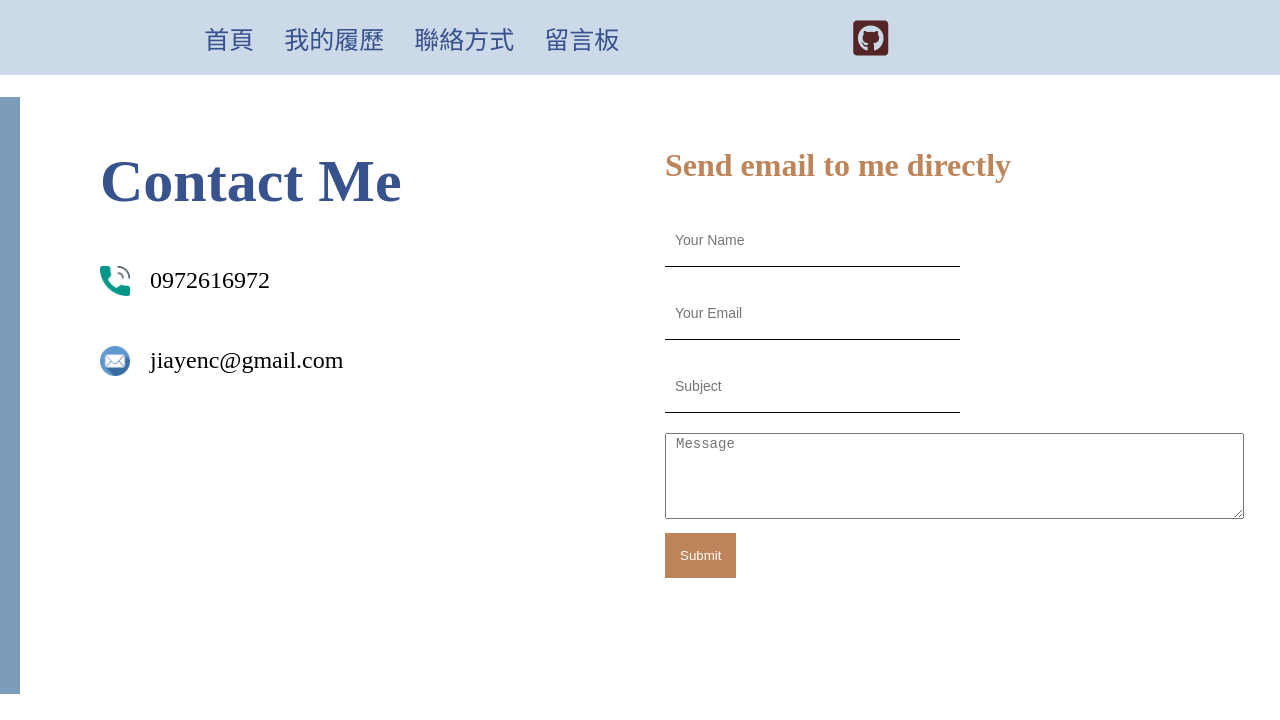
Repository: lcjyc/portfolio-website
Page: /contact
The author's editor kept a copy of each file at every save. The page is drawn from the files as they stood at one save, then again after the next save.
The browser window is 1280 px wide. The pictures show the whole page.
The project was rebuilt for these pictures with package versions that can differ from the ones it lists, and the page was loaded fresh each time. Also part of the build but not shown: src/pages/home/home.css, src/pages/home/Home.jsx, src/pages/resume/resume.css, src/pages/resume/Resume.jsx.

Above is the page before, as saved 2022-08-20 09:46:20.

### public/index.html
<!DOCTYPE html>
<html lang="zh-tw">
  <head>
    <meta charset="utf-8" />
    <meta name="viewport" content="width=device-width, initial-scale=1" />
    <meta name="theme-color" content="#000000" />
    <meta
      name="description"
      content="Web site created using create-react-app"
    />
    <link
      href="https://fonts.googleapis.com/css2?family=Josefin+Sans:wght@100;200;300;400;500;600;700&family=Lora:ital@0;1&family=Varela&family=Varela+Round&display=swap"
      rel="stylesheet"
    />
    <link
      rel="stylesheet"
      href="https://cdnjs.cloudflare.com/ajax/libs/font-awesome/5.15.3/css/all.min.css"
      integrity="sha512-iBBXm8fW90+nuLcSKlbmrPcLa0OT92xO1BIsZ+ywDWZCvqsWgccV3gFoRBv0z+8dLJgyAHIhR35VZc2oM/gI1w=="
      crossorigin="anonymous"
    />
    <style>
      * {
        margin: 0;
      }
    </style>
    <style>
      .link {
        text-decoration: none;
        color: inherit;
      }
    </style>
    <title>Lesley Chen|Portfolio</title>
  </head>

  <body>
    <noscript>You need to enable JavaScript to run this app.</noscript>
    <div id="root"></div>
  </body>
</html>

### src/App.js
import TopBar from "./components/topbar/TopBar";
import Home from "./pages/home/Home";
import Resume from "./pages/resume/Resume";
import Contact from "./pages/contact/Contact";
import { BrowserRouter as Router, Routes, Route } from "react-router-dom";

function App() {
  return (
    <Router>
      <TopBar />
      <Routes>
        <Route path="/" element={<Home />} />
        <Route path="/resume" element={<Resume />} />
        <Route path="/contact" element={<Contact />} />
      </Routes>
    </Router>
  );
}

export default App;

### src/components/topbar/TopBar.jsx
import { Link } from "react-router-dom";
import "./topbar.css";

export default function TopBar() {
  return (
    <div className="top">
      <div className="topLeft">
        <ul className="topList">
          <li className="topListItem">
            <Link className="link" to="/">
              首頁
            </Link>
          </li>
          <li className="topListItem">
            <Link className="link" to="/resume">
              我的履歷
            </Link>
          </li>
          <li className="topListItem">
            <Link className="link" to="/contact">
              聯絡方式
            </Link>
          </li>
          <li className="topListItem">
            <Link className="link" to="/bulletin">
              留言板
            </Link>
          </li>
        </ul>
      </div>
      <div className="topRight">
        <a href="https://github.com/lcjyc/">
          <i className="topIcon fab fa-github-square"></i>
        </a>
      </div>
    </div>
  );
}

### src/pages/contact/Contact.jsx
import React from "react";
import "./contact.css";
import Phone from "../../icons/phone.png";
import Email from "../../icons/email.png";
import { useRef, useState } from "react";
import emailjs from "emailjs-com";

export default function Contact() {
  const formRef = useRef();
  const [done, setDone] = useState(false);

  const handleSubmit = (e) => {
    e.preventDefault();
    emailjs
      .sendForm(
        "service_3fgmh4k",
        "template_bboi2n1",
        formRef.current,
        "user_NqkqJF8Ards9i3Mf0WfYQ"
      )
      .then(
        (result) => {
          console.log(result.text);
          setDone(true);
        },
        (error) => {
          console.log(error.text);
        }
      );
  };

  return (
    <div className="c">
      <div className="c-bg"></div>
      <div className="c-wrapper">
        <div className="c-left">
          <h1 className="c-title">Contact Me</h1>
          <div className="c-info">
            <div className="c-info-item">
              <img src={Phone} alt="" className="c-icon" />
              0972616972
            </div>
            <div className="c-info-item">
              <img className="c-icon" src={Email} alt="" />
              jiayenc@gmail.com
            </div>
          </div>
        </div>
        <div className="c-right">
          <p className="c-desc">
            <b>Send email to me directly</b>
          </p>
          <form ref={formRef} onSubmit={handleSubmit}>
            <input type="text" placeholder="Your Name" name="user_name" />
            <input type="text" placeholder="Your Email" name="user_email" />
            <input type="text" placeholder="Subject" name="user_subject" />
            <textarea rows="5" placeholder="Message" name="message" />
            <button>Submit</button>
            {done && alert("Your Email has been sent to Lesley.")}
          </form>
        </div>
      </div>
    </div>
  );
}

### src/components/topbar/topbar.css
.top {
  width: 100%;
  height: 6vh;
  background-color: rgb(154, 179, 210, 0.5);
  position: sticky;
  top: 0;
  padding: 1rem 0rem;
  display: flex;
  align-items: center;
  z-index: 999;
}

.topLeft {
  flex: 6;
  display: flex;
  align-items: center;
  justify-content: center;
}

.topRight {
  flex: 3;
  display: flex;
}

.topIcon {
  font-size: 40px;
  margin-right: 10px;
  color: rgb(83, 37, 37);
  cursor: pointer;
}

.topImg {
  width: 40px;
  height: 40px;
  border-radius: 50%;
  object-fit: cover;
  cursor: pointer;
}

.topList {
  display: flex;
  justify-content: center;
  margin: 0;
  padding: 0;
  list-style: none;
}

.topListItem {
  margin-right: 30px;
  font-size: 25px;
  color: rgb(55, 82, 141);
  cursor: pointer;
}

.topListItem :hover {
  color: white;
}

### src/pages/contact/contact.css
.c {
  height: 80vh;
  position: relative;
  padding-top: 3vh;
}

.c-bg {
  width: 20px;
  height: 100%;
  background-color: rgb(67, 116, 156, 0.7);
  position: absolute;
}

.c-wrapper {
  padding: 50px;
  display: flex;
}

.c-left {
  flex: 1;
  padding-left: 50px;
}

.c-right {
  flex: 1;
  display: flex;
  flex-direction: column;
}

.c-title {
  font-size: 60px;
  width: 80%;
  color: rgb(55, 82, 141);
}

.c-info-item {
  display: flex;
  align-items: center;
  margin: 50px 0px;
  font-weight: 300;
  width: 70%;
  font-size: 1.5rem;
}

.c-icon {
  width: 30px;
  height: 30px;
  margin-right: 20px;
}

.c-desc {
  font-weight: 200;
  font-size: 2rem;
  color: rgb(190, 132, 90);
}

form {
  margin-top: 20px;
}

input {
  width: 50%;
  height: 50px;
  border: none;
  border-bottom: 1px solid black;
  margin: 10px 0px;
  font-size: 14px;
  padding-left: 10px;
}

textarea {
  width: 100%;
  margin: 10px 0px;
  font-size: 14px;
  padding-left: 10px;
}

button {
  border: none;
  padding: 15px;
  background-color: rgb(190, 132, 90);
  color: white;
  font-weight: 500;
  cursor: pointer;
}

@media screen and (max-width: 480px) {
  .c-wrapper {
    flex-direction: column;
    padding: 0px 50px;
  }

  .c-title {
    font-size: 30px;
  }

  .c-info-item {
    margin: 20px 0px;
    width: 100%;
  }

  .c-desc {
    display: none;
  }

  form {
    margin-top: 0px;
    display: flex;
    flex-wrap: wrap;
  }

  input {
    width: 35%;
    height: 40px;
    margin: 10px;
    margin-left: 0;
  }

  button {
    margin-top: 10px;
  }
}

Loaded but not shown: src/index.js (common file)

After the next save:
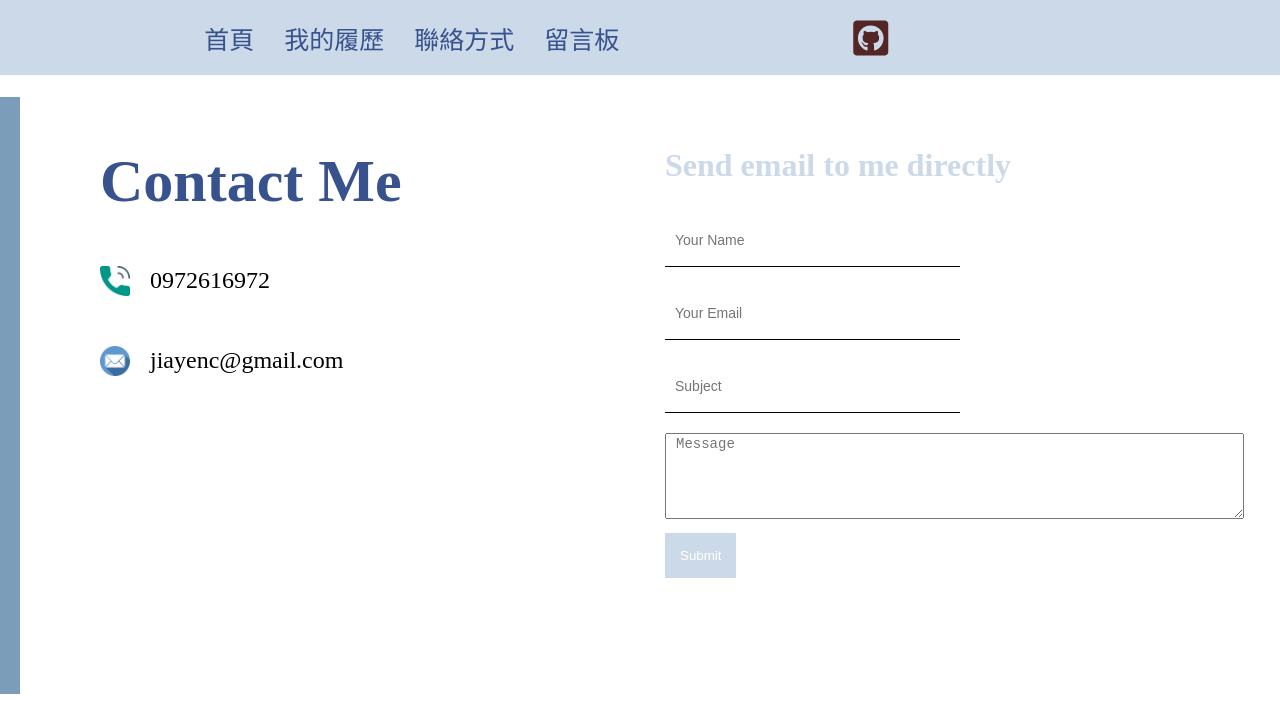
Saved 81 s later.
--- a/src/pages/contact/contact.css
+++ b/src/pages/contact/contact.css
@@ -51,7 +51,7 @@
 .c-desc {
   font-weight: 200;
   font-size: 2rem;
-  color: rgb(190, 132, 90);
+  color: rgb(154, 179, 210, 0.5);
 }
 
 form {
@@ -78,7 +78,7 @@ textarea {
 button {
   border: none;
   padding: 15px;
-  background-color: rgb(190, 132, 90);
+  background-color: rgb(154, 179, 210, 0.5);
   color: white;
   font-weight: 500;
   cursor: pointer;
